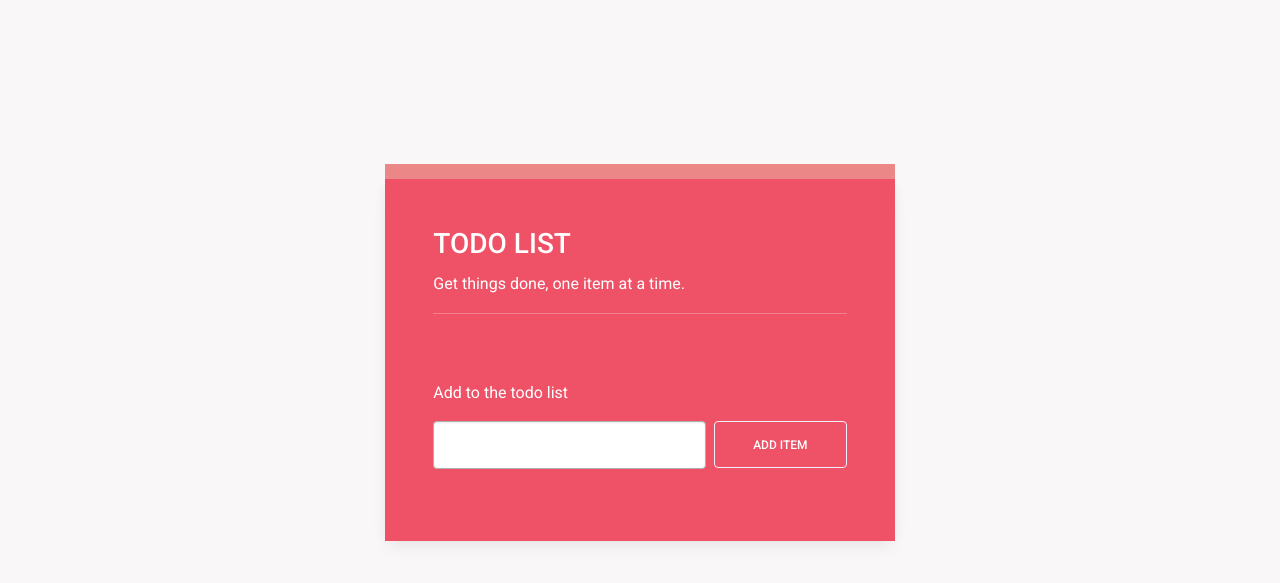
Repository: TinhTT336/MD02_HACKATHON01_HN_JV230620_BS_TranThiTinh_Basic
Page: /
These files come from the project's save history. The page is drawn as it stood at one moment and after the next save; the edit follows.
The browser window is 1280 px wide. The pictures show the whole page.
Some web libraries are served in a nearby version. The project was rebuilt for these pictures with package versions that can differ from the ones it lists, and the page was loaded fresh each time. Also part of the build but not shown: vite.config.js, src/App.css.

Above is the page before, as saved 2023-09-05 11:58:58.

After the next save:
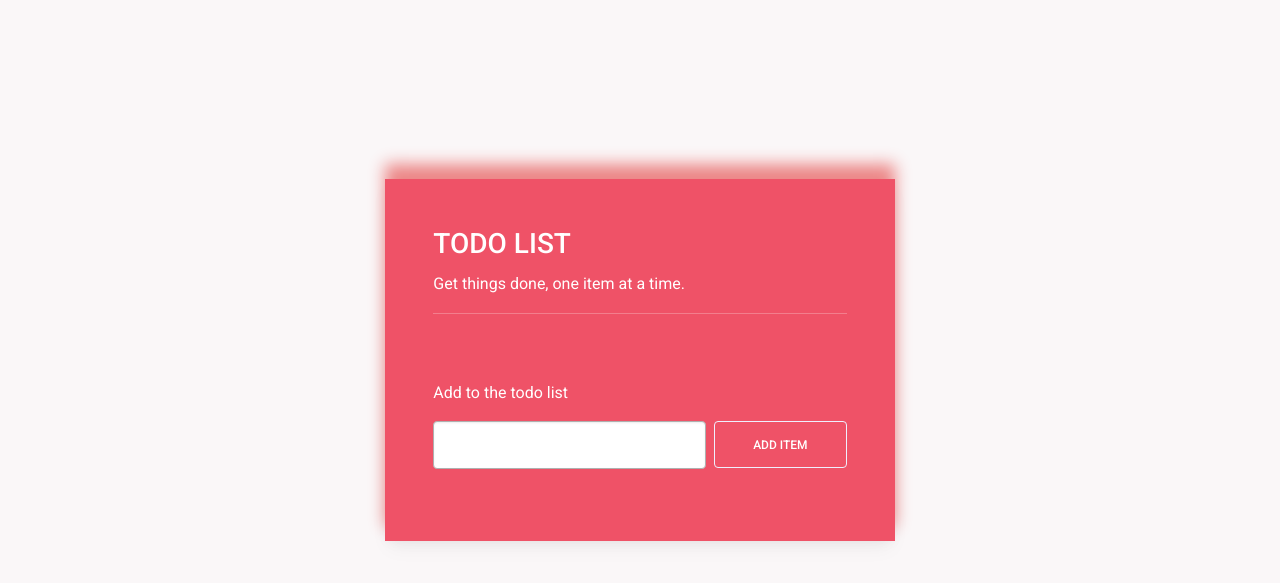
Saved 9 s later.
--- a/src/index.css
+++ b/src/index.css
@@ -77,7 +77,7 @@
 .card-body {
   background-color: #ef5267 !important;
   color: #fff !important;
-  box-shadow: 0px -15px rgb(236, 135, 135) !important;
+  box-shadow: 0px -15px 15px rgb(236, 135, 135) !important;
 }
 .form-control {
   background-color: #fff !important;

After the save that followed:
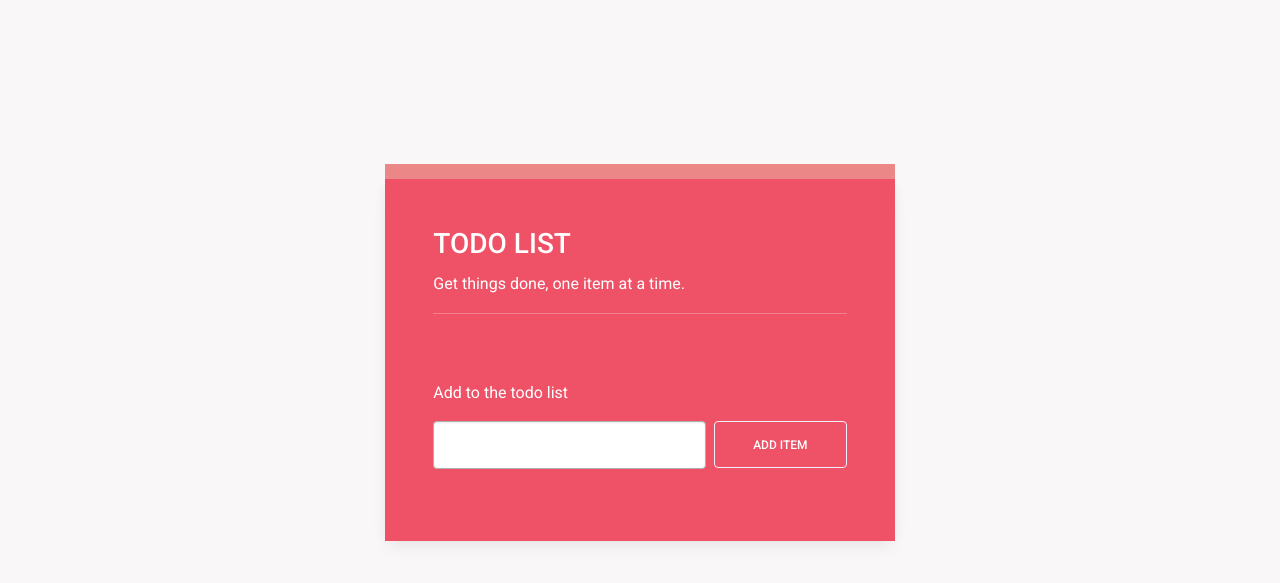
Saved 7 s later.
--- a/src/index.css
+++ b/src/index.css
@@ -77,7 +77,7 @@
 .card-body {
   background-color: #ef5267 !important;
   color: #fff !important;
-  box-shadow: 0px -15px 15px rgb(236, 135, 135) !important;
+  box-shadow: 0px -15px rgb(236, 135, 135) !important;
 }
 .form-control {
   background-color: #fff !important;
